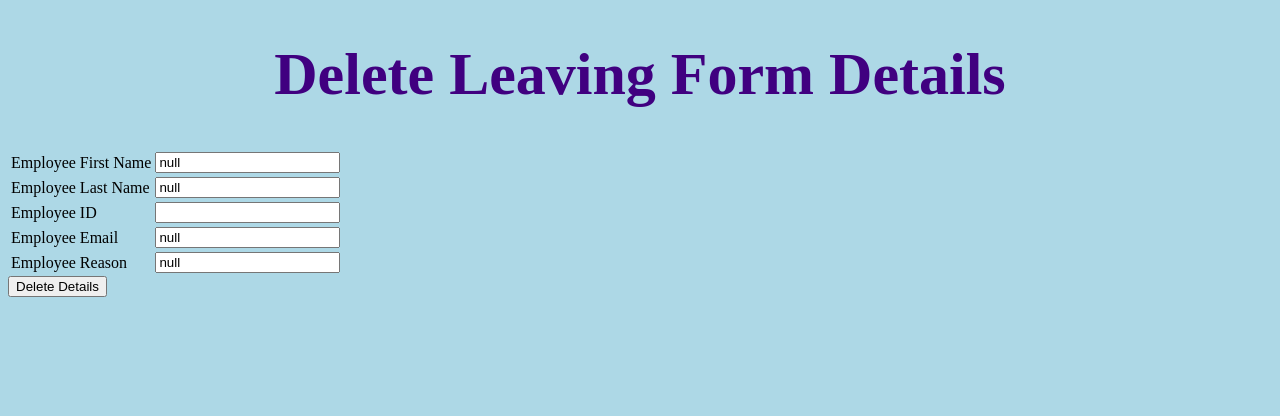
Repository: nishadi-s/Online-Staff-Management-System
Page: http://localhost/LeavingEmp/deleteEmp.jsp
An editor plug-in stored every save of this project. The page is shown before and after the next save, followed by the edit.
The browser window is 1280 px wide. The pictures show the whole page.
The page is served by Tomcat 9.

Above is the page before, as saved 2023-10-24 12:05:44.

After the next save:
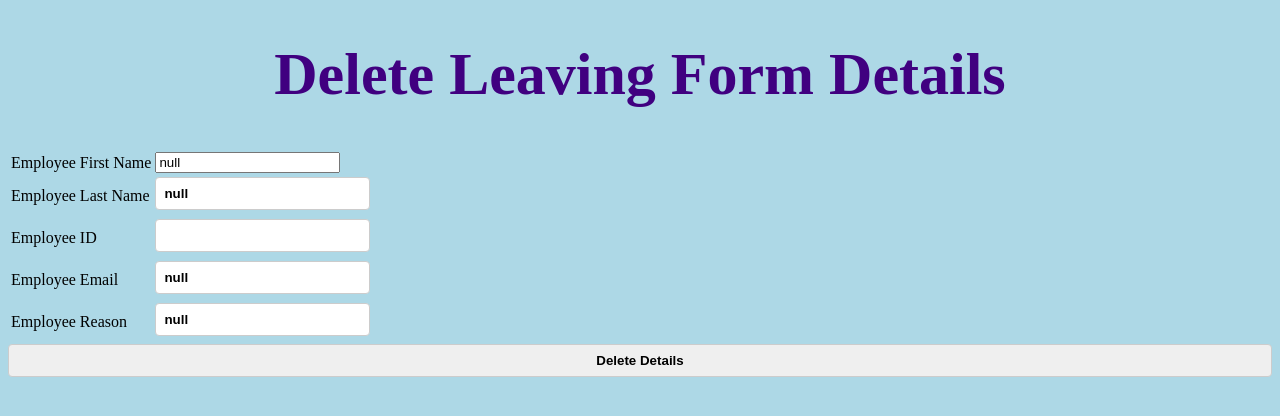
Saved 10 min 16 s later.
--- a/LeavingEmp/src/main/webapp/deleteEmp.jsp
+++ b/LeavingEmp/src/main/webapp/deleteEmp.jsp
@@ -30,25 +30,25 @@ String e_reason=request.getParameter("ereason");
 
 <tr>
 <td>Employee Last Name</td>
-<td> <input type="text" name="lname" value="<%= l_name %>"readonly> </td>
+<td> <input type="text" class="form-control" name="lname" value="<%= l_name %>"readonly> </td>
 </tr>
 
 <tr>
 <td>Employee ID </td>
-<td><input type="number" name="id" value="<%= u_id %>"readonly></td>
+<td><input type="number" class="form-control"  name="id" value="<%= u_id %>"readonly></td>
  </tr>
 
  <tr>
 <td>Employee Email </td>
-<td><input type="email" name="eemail" value="<%= e_email %>"readonly> </td>
+<td><input type="email" class="form-control" name="eemail" value="<%= e_email %>"readonly> </td>
 </tr>
 
 <tr>
 <td>Employee Reason</td>
-<td> <input type="text" name="ereason" value="<%= e_reason %>"readonly> </td>
+<td> <input type="text" class="form-control" name="ereason" value="<%= e_reason %>"readonly> </td>
 </tr>
 </table>
-<input type="submit" name="submit" value="Delete Details"> <br>
+<input type="submit" class="form-control" name="submit" value="Delete Details"> <br>
 
 </form>
 
